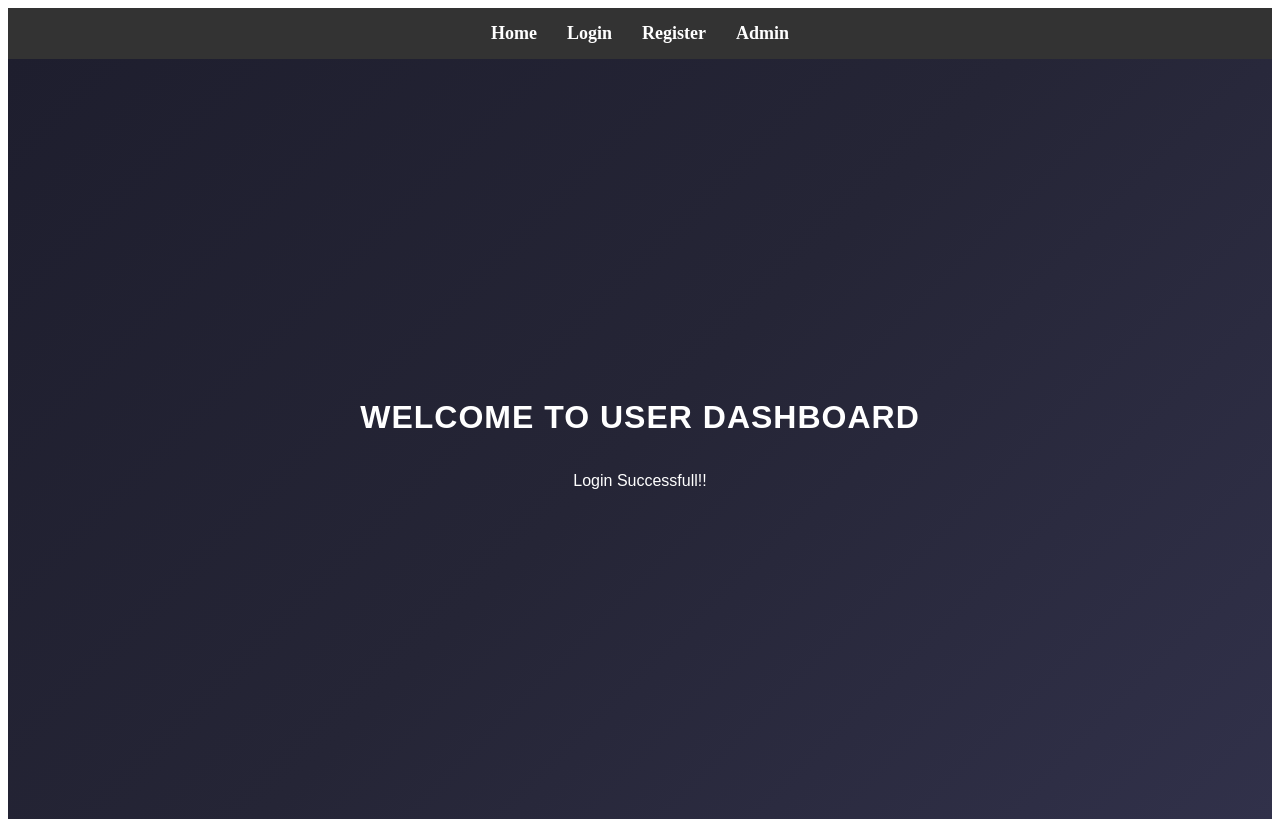
Repository: AhmedIbu/angular-login-app
Page: /user-dashboard (app in angular-login-app/)
The author's editor kept a copy of each file at every save. The page is drawn from the files as they stood at one save, then again after the next save.
The browser window is 1280 px wide. The pictures show the whole page.
The project was rebuilt for these pictures with package versions that can differ from the ones it lists, and the page was loaded fresh each time. Also part of the build but not shown: angular-login-app/angular.json, angular-login-app/src/app/home/home.component.ts, angular-login-app/src/app/login/login.component.ts, angular-login-app/src/app/services/auth.service.ts, angular-login-app/src/app/register/register.component.ts, angular-login-app/src/app/services/user.service.ts, angular-login-app/src/app/admin-dashboard/admin-dashboard.component.ts, angular-login-app/src/app/admin-login/admin-login.component.ts.

Above is the page before, as saved 2025-02-21 11:47:19.

### angular-login-app/src/index.html
<!doctype html>
<html lang="en">
<head>
  <meta charset="utf-8">
  <title>AngularLoginApp</title>
  <base href="/">
  <meta name="viewport" content="width=device-width, initial-scale=1">
  <link rel="icon" type="image/x-icon" href="favicon.ico">
</head>
<body>
  <app-root></app-root>
</body>
</html>

### angular-login-app/src/styles.css
/*  app components css   */

/* Style the navigation bar */
.navbar {
  background: #333;
  padding: 15px;
  text-align: center;
}

/* Style the list */
.nav-list {
  list-style: none;
  padding: 0;
  margin: 0;
  display: flex;
  justify-content: center;
}

/* Style the navigation links */
.nav-list li {
  margin: 0 15px;
}

.nav-link {
  text-decoration: none;
  color: white;
  font-size: 18px;
  font-weight: bold;
  transition: color 0.3s ease-in-out;
}

/* Hover effect */
.nav-link:hover {
  color: #385348;
}

/* Responsive design */
@media (max-width: 600px) {
  .nav-list {
    flex-direction: column;
  }

  .nav-list li {
    margin-bottom: 10px;
  }
}

### angular-login-app/src/main.ts
import { bootstrapApplication } from '@angular/platform-browser';
import { appConfig } from './app/app.config';
import { AppComponent } from './app/app.component';
import { provideHttpClient } from '@angular/common/http';

bootstrapApplication(AppComponent, {
  ...appConfig, // ✅ Spread existing config
  providers: [
    ...appConfig.providers, // ✅ Keep existing providers
    provideHttpClient() // ✅ Ensure HTTP client is provided
  ]
}).catch(err => console.error(err));

### angular-login-app/src/app/app.config.ts
import { ApplicationConfig } from '@angular/core';
import { provideRouter, Routes } from '@angular/router';
import { provideHttpClient } from '@angular/common/http';

// ✅ Import standalone components
import { HomeComponent } from './home/home.component';
import { LoginComponent } from './login/login.component';
import { RegisterComponent } from './register/register.component';
import { AdminDashboardComponent } from './admin-dashboard/admin-dashboard.component';
import { AdminLoginComponent } from './admin-login/admin-login.component';
import { UserDashboardComponent } from './user-dashboard/user-dashboard.component';

// ✅ Define routes
const routes: Routes = [
  { path: '', component: HomeComponent}, // Default route
  { path: 'login', component: LoginComponent },
  { path: 'register', component: RegisterComponent },
  { path: 'admin-login', component: AdminLoginComponent },
  { path: 'user-dashboard', component: UserDashboardComponent },
  { path: 'admin-dashboard', component: AdminDashboardComponent },
  { path: '**', redirectTo: 'user-dashboard' } // Catch-all for unknown routes
];

export const appConfig: ApplicationConfig = {
  providers: [
    provideRouter(routes),
    provideHttpClient()
  ]
};

### angular-login-app/src/app/app.component.ts
import { Component } from '@angular/core';
import { RouterModule } from '@angular/router';

@Component({
  selector: 'app-root',
  standalone: true,
  imports: [RouterModule],
  templateUrl: './app.component.html',
  styleUrls: ['./app.component.css','../styles.css']
})
export class AppComponent { }

### angular-login-app/src/app/user-dashboard/user-dashboard.component.ts
import { Component } from '@angular/core';

@Component({
  selector: 'app-user-dashboard',
  templateUrl: './user-dashboard.component.html',
  styleUrls: ['./user-dashboard.component.css']
})
export class UserDashboardComponent {
  userEmail = localStorage.getItem('token'); // Retrieve the user's token
}

### angular-login-app/src/app/app.component.html
<nav class="navbar">
  <ul class="nav-list">
    <li><a routerLink="/" class="nav-link">Home</a></li>
    <li><a routerLink="/login" class="nav-link">Login</a></li>
    <li><a routerLink="/register" class="nav-link">Register</a></li>
    <li><a routerLink="/admin-login" class="nav-link">Admin</a></li>
  </ul>
</nav>

<router-outlet></router-outlet>

### angular-login-app/src/app/user-dashboard/user-dashboard.component.html
<div class="user-dashboard">
    <h2 class="dashboard-header">Welcome to User Dashboard</h2>
   <div class></div>
    <p>Login Successfull!!</p>
  </div>

### angular-login-app/src/app/user-dashboard/user-dashboard.component.css
/* 🌌 Dark Aesthetic Gradient Background */
.user-dashboard {
    min-height: 100vh;
    display: flex;
    flex-direction: column;
    align-items: center;
    justify-content: center;
    background: linear-gradient(135deg, #1e1e2e, #252536, #31314a);
    color: #ffffff;
    font-family: 'Poppins', sans-serif;
    text-align: center;
    padding: 20px;
  }

  /* 🏠 Dashboard Heading */
  .dashboard-header {
    font-size: 2rem;
    font-weight: 600;
    margin-bottom: 20px;
    text-transform: uppercase;
    letter-spacing: 1px;
  }

  /* 📋 User Information Box */
  .user-info {
    background: rgba(255, 255, 255, 0.1);
    padding: 15px 30px;
    border-radius: 8px;
    box-shadow: 0 4px 10px rgba(0, 0, 0, 0.3);
    width: 80%;
    max-width: 600px;
    margin-top: 20px;
  }

  .user-info p {
    font-size: 1rem;
    margin: 10px 0;
    opacity: 0.9;
  }

  /* 🚪 Logout Button */
  .logout-btn {
    margin-top: 20px;
    padding: 10px 20px;
    background: linear-gradient(90deg, #ff4b2b, #ff416c);
    border: none;
    border-radius: 25px;
    color: white;
    font-size: 1rem;
    font-weight: bold;
    cursor: pointer;
    transition: all 0.3s ease-in-out;
  }

  .logout-btn:hover {
    background: linear-gradient(90deg, #ff416c, #ff4b2b);
    transform: scale(1.05);
  }

  /* 📱 Responsive Design */
  @media (max-width: 768px) {
    .dashboard-header {
      font-size: 1.5rem;
    }

    .user-info {
      width: 90%;
      padding: 10px 20px;
    }

    .logout-btn {
      padding: 8px 16px;
      font-size: 0.9rem;
    }
  }

Loaded but not shown: angular-login-app/src/app/app.component.css (no stored copy; drawn as an empty file)

After the next save:
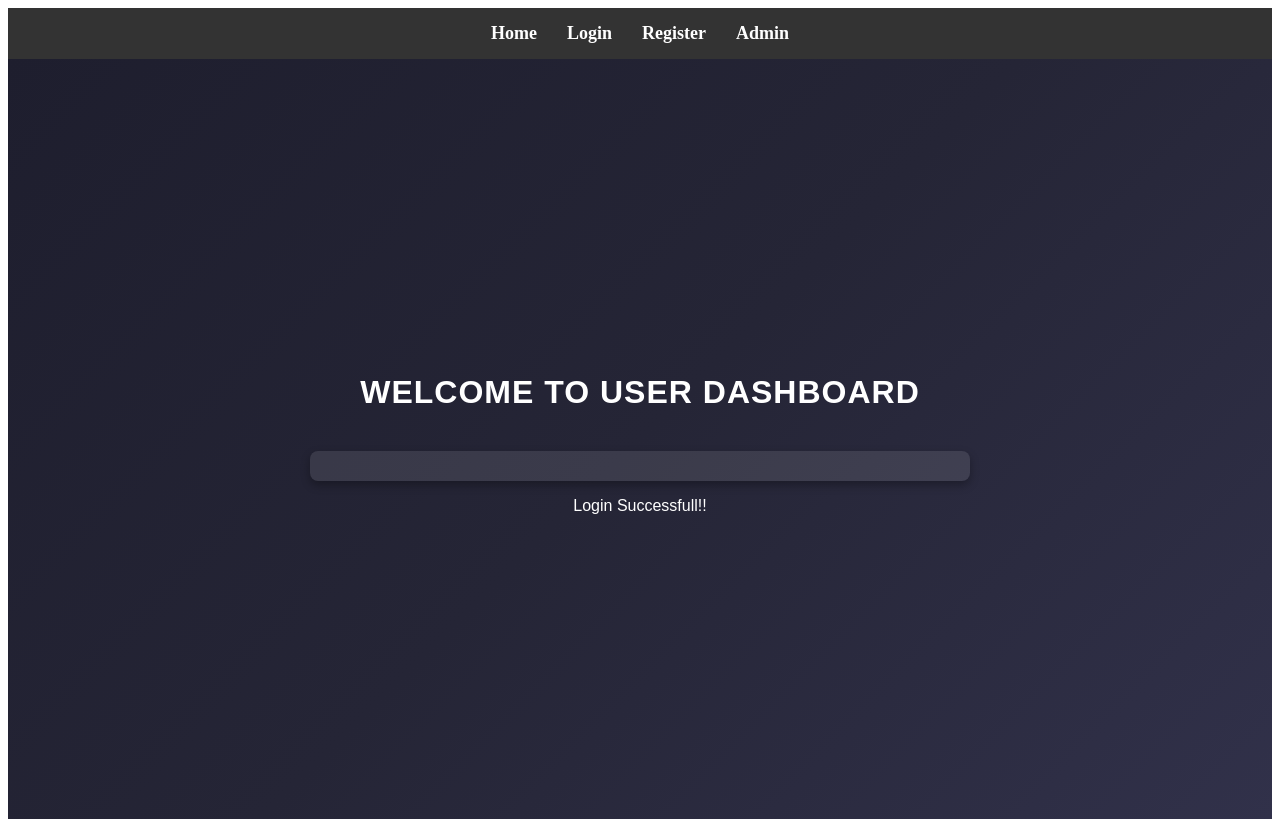
Saved 4 s later.
--- a/angular-login-app/src/app/user-dashboard/user-dashboard.component.html
+++ b/angular-login-app/src/app/user-dashboard/user-dashboard.component.html
@@ -1,5 +1,5 @@
 <div class="user-dashboard">
     <h2 class="dashboard-header">Welcome to User Dashboard</h2>
-   <div class></div>
+   <div class="user-info"></div>
     <p>Login Successfull!!</p>
   </div>
